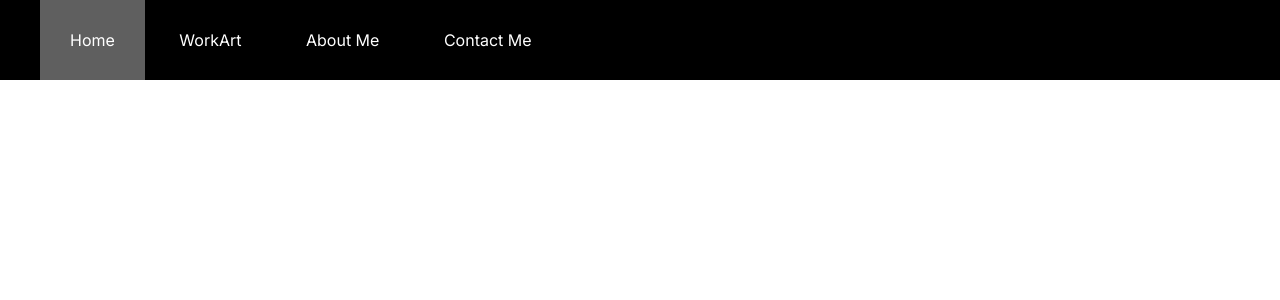
Repository: sius012/DiWorkbench
Page: index.html
These files come from the project's save history. The page is drawn as it stood at one moment and after a run of saves; the edit follows.
The browser window is 1280 px wide. The pictures show the whole page.
The pointer rests on the first visible `.link-nav`.

Above is the page before, as saved 2023-04-06 20:16:33.

After the next 2 saves:
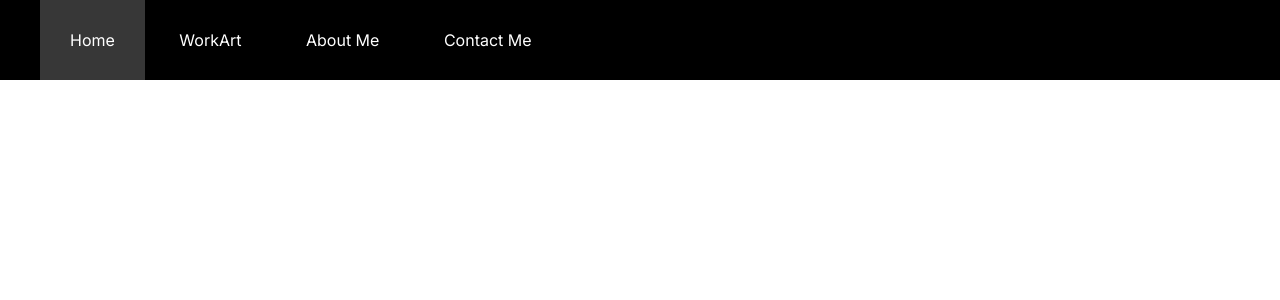
The 2 saves are shown as one change because they came seconds apart.
The last was saved 7 s later.
--- a/index.html
+++ b/index.html
@@ -30,7 +30,7 @@
       }
 
       .link-nav:hover{
-        background-color: rgba(185, 185, 185, 0.514);
+        background-color: rgba(159, 159, 159, 0.349);
       }
 
     </style>
